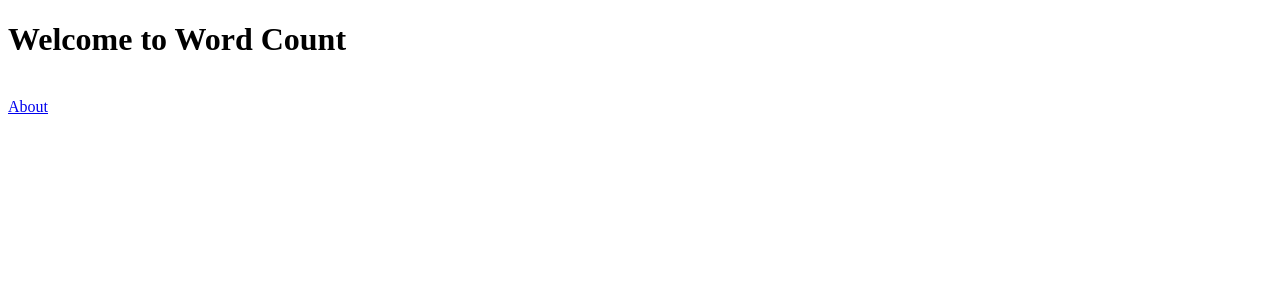
Repository: Space20001/word-count-project
Page: http://localhost/
These files come from the project's save history. The page is drawn as it stood at one moment and after a run of saves; the edit follows.
The browser window is 1280 px wide. The pictures show the whole page.
The page is served by the project's application, run on Django 3.2 (manage.py). Other server files are loaded and not shown.

Above is the page before, as saved 2020-04-19 19:02:37.

### templates/count/home.html
<!DOCTYPE html>
<html>
<body>

<h1>Welcome to Word Count</h1>

<br>
<a href="urls about.html">About</a>





</body>

</html>

### count/views.py
from django.shortcuts import render

# Create your views here.
def home(request):
    return render(request, 'count/home.html', {})

def about(request):
    return render(request, 'count/about.html', {about: 'about'})

### wordcount/urls.py
"""wordcount URL Configuration

The `urlpatterns` list routes URLs to views. For more information please see:
    https://docs.djangoproject.com/en/3.0/topics/http/urls/
Examples:
Function views
    1. Add an import:  from my_app import views
    2. Add a URL to urlpatterns:  path('', views.home, name='home')
Class-based views
    1. Add an import:  from other_app.views import Home
    2. Add a URL to urlpatterns:  path('', Home.as_view(), name='home')
Including another URLconf
    1. Import the include() function: from django.urls import include, path
    2. Add a URL to urlpatterns:  path('blog/', include('blog.urls'))
"""
from django.contrib import admin
from django.urls import path, include

urlpatterns = [
    path('', include('count.urls')),
    path('admin/', admin.site.urls),
]

### count/urls.py
from django.urls import path
from . import views

urlpatterns = [
    path('', views.home),
    path('', views.about),

]

After the next 5 saves:
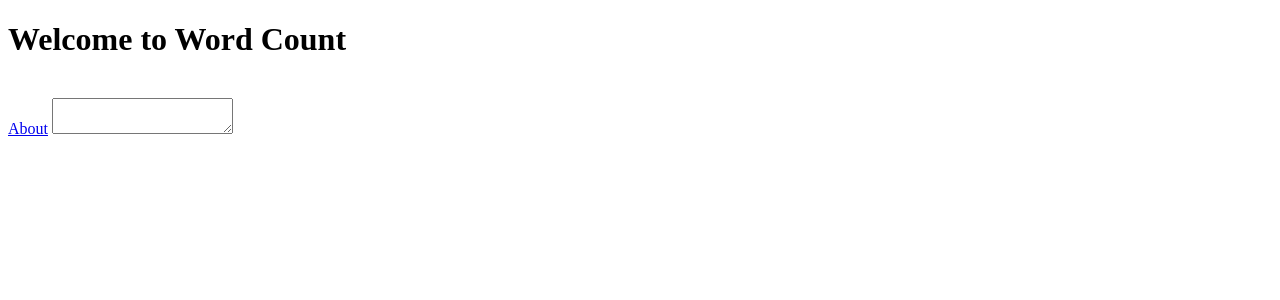
The 5 saves are shown as one change because they came seconds apart.
The last was saved 45 s later.
--- a/templates/count/home.html
+++ b/templates/count/home.html
@@ -8,7 +8,7 @@
 <a href="urls about.html">About</a>
 
 
-
+<textarea ></textarea>
 
 
 </body>
